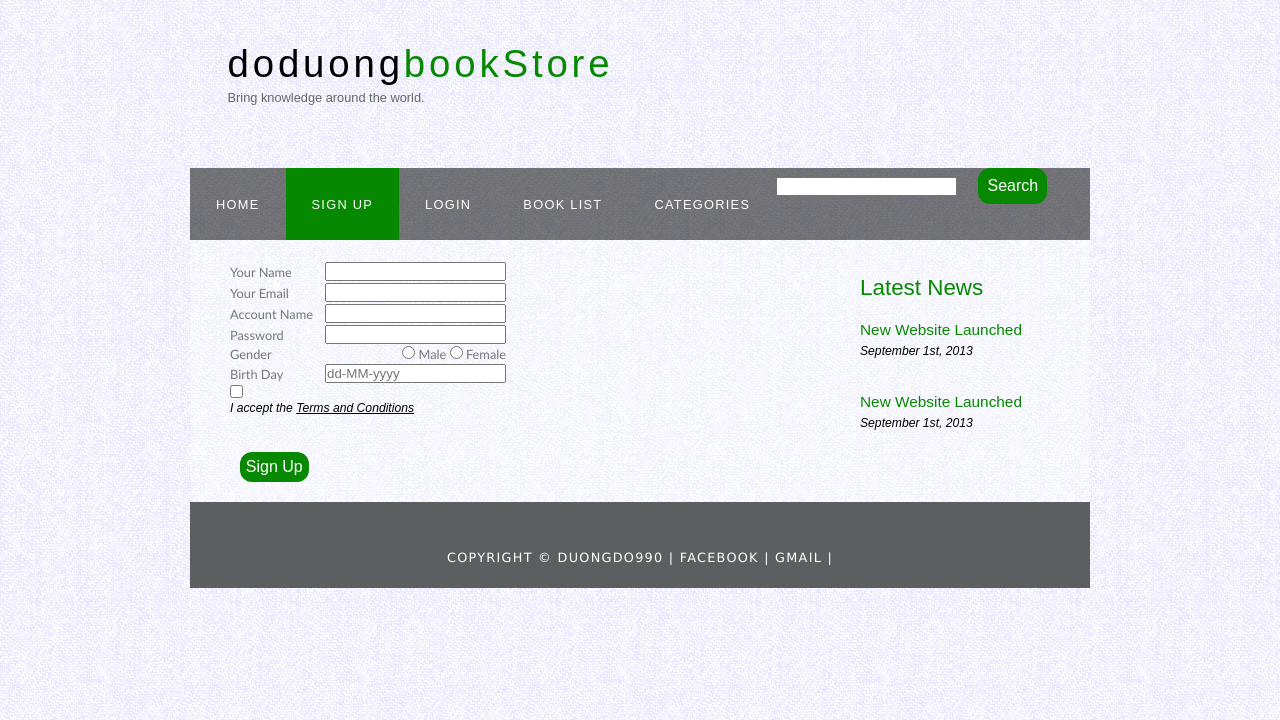
Repository: ngttuyen/JavaWeb
Page: http://localhost/MyWebsite/signup.jsp
The author's editor kept a copy of each file at every save. The page is drawn from the files as they stood at one save, then again after the next save.
The browser window is 1280 px wide. The pictures show the whole page.
The page is served by Tomcat 9.

Above is the page before, as saved 2019-06-02 08:39:57.

After the next save:
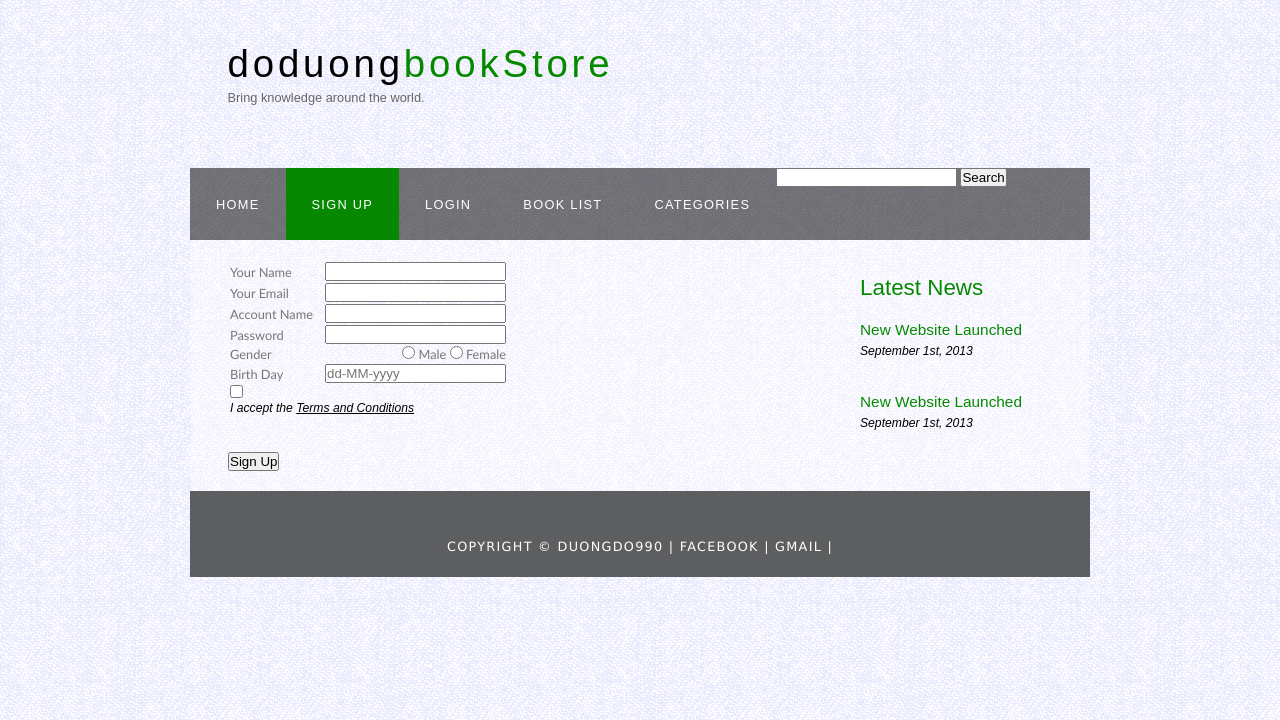
Saved 18 min 3 s later.
--- a/MyWebsite/WebContent/styles/style.css
+++ b/MyWebsite/WebContent/styles/style.css
@@ -228,7 +228,7 @@ ul#menu li a:hover, ul#menu li.selected a, ul#menu li.selected a:hover
   text-align: right;
   padding: 66px 16px 0px 300px;}
   /*-------------------------------------*/
-.button {
+/*.button {
   background-color: #068900; /* Green */
   border: none;
   color: white;
@@ -239,7 +239,7 @@ ul#menu li a:hover, ul#menu li.selected a, ul#menu li.selected a:hover
   font-size: 16px;
   border-radius: 12px;
   margin-left: 2%;
-}
+}*/
 /*#searchForm{
   height: 37px;
   padding: 19px 26px 6px 10%;
